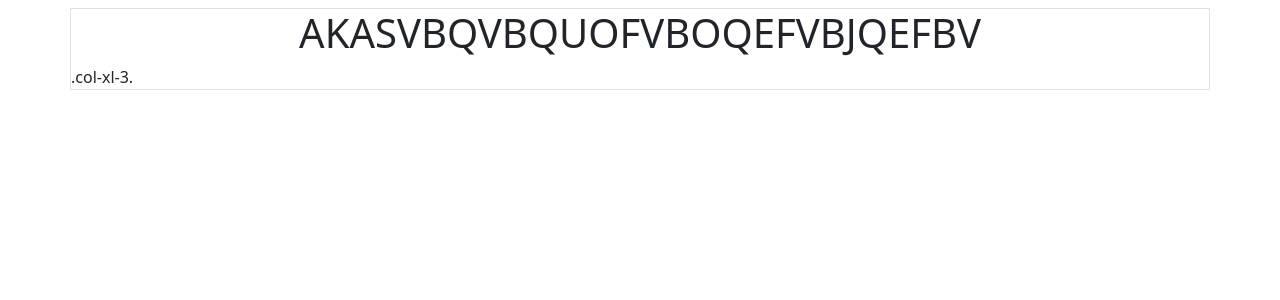
Repository: LASCLUu/Desenvolvimento-Web-Mobile-e-Jogos
Page: / (app in react-componentes-props/)
These files come from the project's save history. The page is drawn as it stood at one moment and after a run of saves; the edit follows.
The browser window is 1280 px wide. The pictures show the whole page.
The project was rebuilt for these pictures with package versions that can differ from the ones it lists, and the page was loaded fresh each time.

Above is the page before, as saved 2024-09-23 21:35:25.

### react-componentes-props/src/index.js
import React from 'react';
import ReactDOM from 'react-dom';
import 'bootstrap/dist/css/bootstrap.min.css';
//import '@fortawesome/fontawesome-free/css/all.min.css/'

const App = () => {
    return (
        <div className='container border mt-2'>
            <div className="row">
                <div className='col-12'>
                    <h1 className='text-center'>AKASVBQVBQUOFVBOQEFVBJQEFBV</h1>
                </div>
            </div>
            <div className='row'>
                .col-xl-3.
            </div>
        </div>
    )
}

ReactDOM.render(
    <App/>,
    document.querySelector('#root')
)

Loaded but not shown: react-componentes-props/public/index.html (common file)

After the next 3 saves:
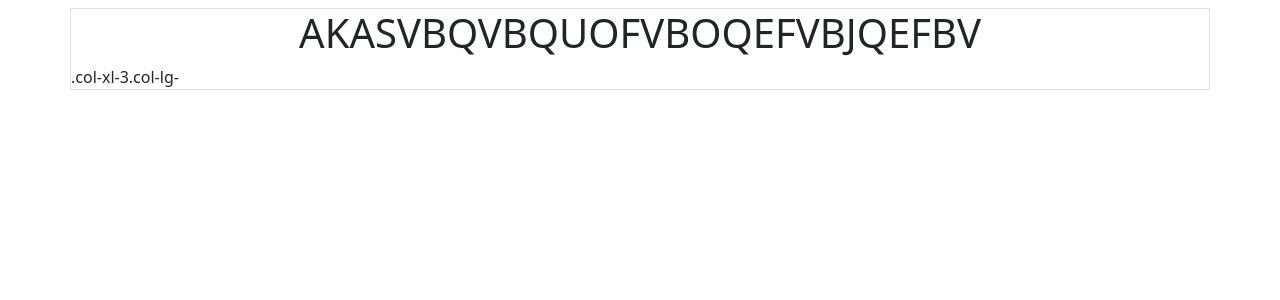
The 3 saves are shown as one change because they came seconds apart.
The last was saved 16 s later.
--- a/react-componentes-props/src/index.js
+++ b/react-componentes-props/src/index.js
@@ -12,7 +12,7 @@ const App = () => {
                 </div>
             </div>
             <div className='row'>
-                .col-xl-3.
+                .col-xl-3.col-lg-
             </div>
         </div>
     )
